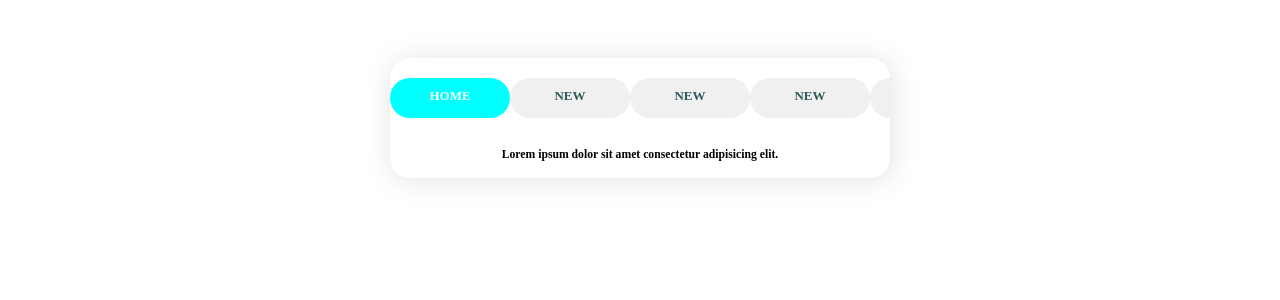
Repository: KHANHD192/JS_evondev
Page: eondev/tab_scroll/index.html
The author's editor kept a copy of each file at every save. The page is drawn from the files as they stood at one save, then again after the next save.
The browser window is 1280 px wide. The pictures show the whole page.

Above is the page before, as saved 2023-05-30 11:28:36.

### eondev/tab_scroll/index.html
<!DOCTYPE html>
<html lang="en">
<head>
    <meta charset="UTF-8">
    <meta http-equiv="X-UA-Compatible" content="IE=edge">
    <meta name="viewport" content="width=device-width, initial-scale=1.0">
    <title>tab</title>
    <style>

       html{
        box-sizing: border-box;
        font-size: 62.5%;
       }
       .tab_content {
         display: none;
       }
       .tab-item.active{
        background-color: aqua;
        color: white;

       }
       .tab-item{
        background-color: rgba(192, 192, 192, 0.24);
        color:rgb(49, 90, 90);
       }
       body{
        display: flex;
        justify-content: center;
        align-items: center;

       }
       .tab_container{
        margin-top:5rem;
        width: 50rem;
        height: 12rem;
        box-shadow: 2px 2px 3rem rgba(0, 0, 0, 0.116);
        /* border: 1px solid slategray; */
        position: relative;
        border-radius: 2rem;

       }
       .tab_list{
        width: 100%;
        margin-top: 2rem;
        overflow-x: auto;
        overflow: -moz-scrollbars-none;
    -ms-overflow-style: none;
       }
       .list_content{
        display: flex;
        width: 200%;
        white-space: nowrap;

       }
       .tab_list::-webkit-scrollbar {
         display: none;
}
       .tab-item{
        user-select: none;
        width: 12rem;
        height: 3rem;
        border-radius: 999px;
        cursor: pointer;
        text-align: center;
        font-weight: bold;
        font-size: 1.3rem;
        padding-top: 1rem;
       }
       .tab_wrap{
        margin-top: 3rem;
         text-align: center;
       }
       .tab_content.active{
            display: block;
       }
    </style>
</head>
<body>
    <div class="tab_container">
        <div class="tab_list">
           <div class="list_content">
            <div class="tab-item active">HOME</div>
            <div class="tab-item ">NEW</div>
            <div class="tab-item ">NEW</div>
            <div class="tab-item ">NEW</div>
            <div class="tab-item ">ABOUT US</div>
            <div class="tab-item ">ABOUT US</div>
            <div class="tab-item ">ABOUT US</div>
           </div>
        </div>
        <div class="tab_wrap">
            <div class="tab_content active">
                <h3 class="content_ders">
                    Lorem ipsum dolor sit amet consectetur adipisicing elit.
                </h3>
            </div>
            <div class="tab_content">
                <h3 class="content_ders">
                    còn gì đâu mà khóc với sầu !
                </h3>
            </div>
            <div class="tab_content">
                <h3 class="content_ders">
                    chào anh đi em ơiii huhuhu!
                </h3>
            </div>
        </div>
    </div>
    <script src="./app.js"></script>
</body>
</html>

### eondev/tab_scroll/app.js
function click_sildeTab(){
   let button = document.querySelectorAll('.tab-item');
   console.log(button);
   let ders = document.querySelectorAll('.tab_content');
   for(let i = 0 ; i < button.length ; i++){
      button[i].onclick = function(){
         // xử dụng kĩ thuật là css cứng cho 1 item đã active rồi khi click vào button khác thì chỉ việc xóa class active đó rồi gán vô class khác !
         let currentDers = document.querySelector('.tab_content.active');
          currentDers.classList.remove('active');
         ders[i].classList.add('active');

         let buttonCurrent = document.querySelector('.tab-item.active');
         buttonCurrent.classList.remove('active');
         button[i].classList.add('active');
         }
   }

}
click_sildeTab();

After the next save:
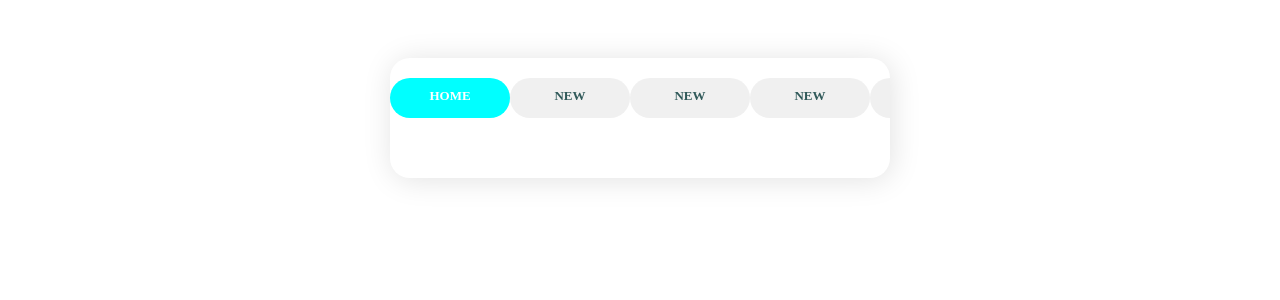
Saved 33 s later.
--- a/eondev/tab_scroll/index.html
+++ b/eondev/tab_scroll/index.html
@@ -88,23 +88,7 @@
             <div class="tab-item ">ABOUT US</div>
            </div>
         </div>
-        <div class="tab_wrap">
-            <div class="tab_content active">
-                <h3 class="content_ders">
-                    Lorem ipsum dolor sit amet consectetur adipisicing elit.
-                </h3>
-            </div>
-            <div class="tab_content">
-                <h3 class="content_ders">
-                    còn gì đâu mà khóc với sầu !
-                </h3>
-            </div>
-            <div class="tab_content">
-                <h3 class="content_ders">
-                    chào anh đi em ơiii huhuhu!
-                </h3>
-            </div>
-        </div>
+
     </div>
     <script src="./app.js"></script>
 </body>
